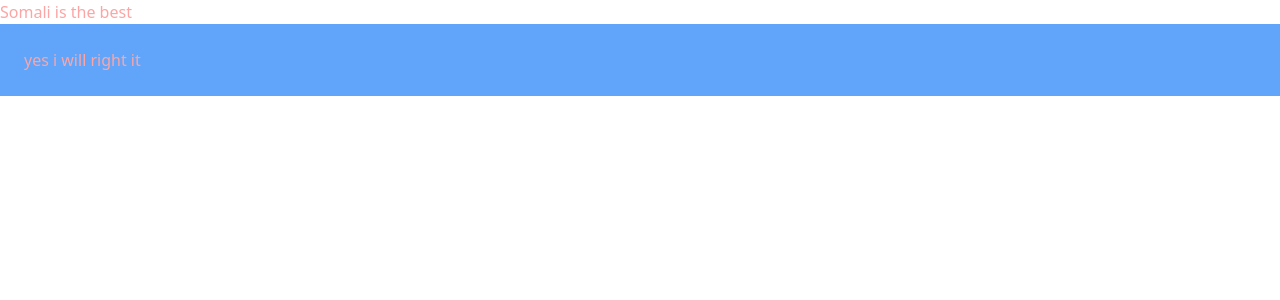
Repository: Abdulahi338/TailwindCss-exercise
Page: index.html
An editor plug-in stored every save of this project. The page is shown before and after a run of saves, followed by the edit.
The browser window is 1280 px wide. The pictures show the whole page.
Some web libraries are served in a nearby version.

Above is the page before, as saved 2025-06-05 00:19:08.

### index.html
<!DOCTYPE html>
<html lang="en">
<head>
    <meta charset="UTF-8">
    <meta name="viewport" content="width=device-width, initial-scale=1.0">
    <title>Document</title>
           <script src="https://cdn.tailwindcss.com"></script>



</head>
<body>
    <div class="flex flex-center">

    </div>
    <h2 class="text-red-300">Somali is the best</h2>
    <h3 class="text-red-300 p-6 md-12 bg-blue-400">yes i will right it</h3>

</body>
</html>

After the next 2 saves:
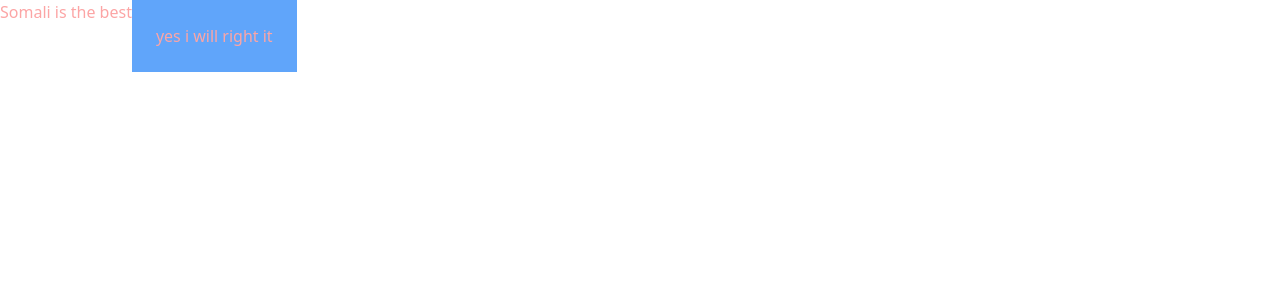
The 2 saves are shown as one change because they came seconds apart.
The last was saved 6 s later.
--- a/index.html
+++ b/index.html
@@ -11,10 +11,11 @@
 </head>
 <body>
     <div class="flex flex-center">
+         <h2 class="text-red-300">Somali is the best</h2>
+    <h3 class="text-red-300 p-6 md-12 bg-blue-400">yes i will right it</h3>
 
     </div>
-    <h2 class="text-red-300">Somali is the best</h2>
-    <h3 class="text-red-300 p-6 md-12 bg-blue-400">yes i will right it</h3>
+
 
 </body>
 </html>

After the 4 saves that followed:
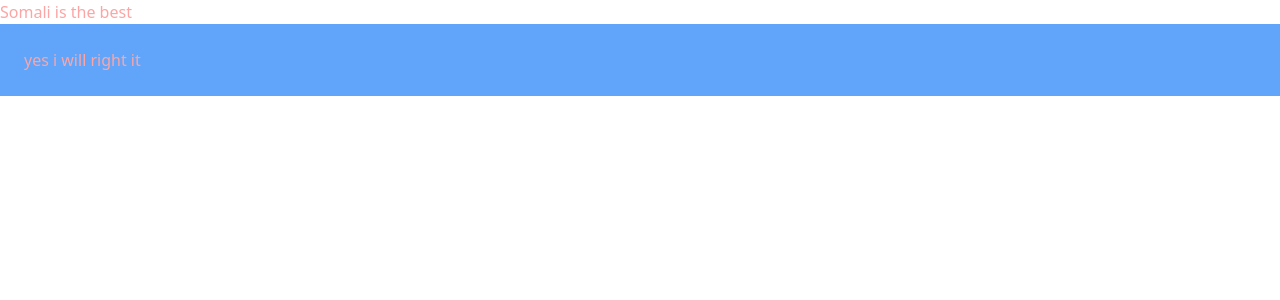
The 4 saves are shown as one change because they came seconds apart.
The last was saved 21 s later.
--- a/index.html
+++ b/index.html
@@ -10,7 +10,7 @@
 
 </head>
 <body>
-    <div class="flex flex-center">
+    <div class="flex flex-center flex-col">
          <h2 class="text-red-300">Somali is the best</h2>
     <h3 class="text-red-300 p-6 md-12 bg-blue-400">yes i will right it</h3>
 
